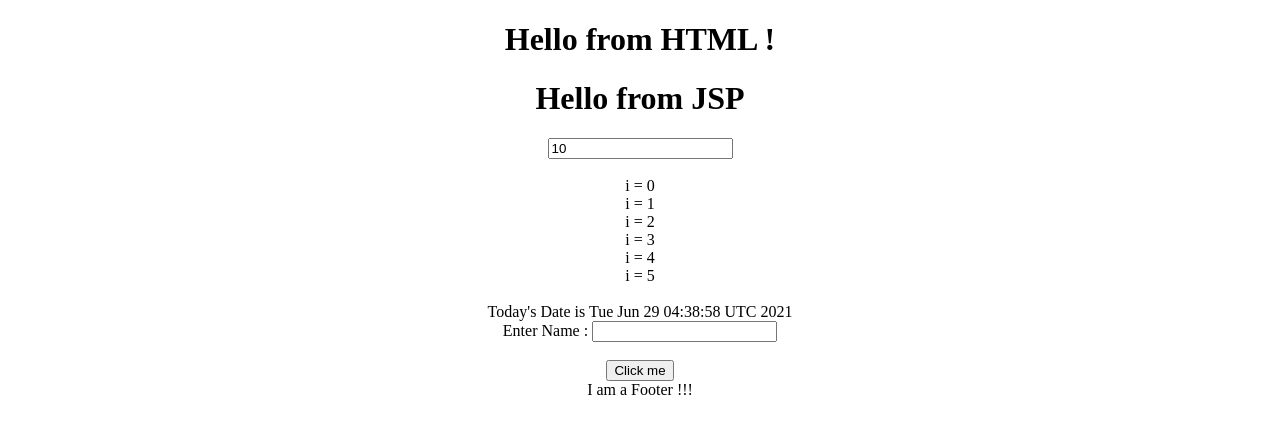
Repository: StarCoder09/JavaWorkspace
Page: http://localhost/JSP_demo/
These files come from the project's save history. The page is drawn as it stood at one moment and after the next save; the edit follows.
The browser window is 1280 px wide. The pictures show the whole page.
The page is served by Tomcat 9. Other server files are loaded and not shown.

Above is the page before, as saved 2021-07-01 05:41:07.

### JSP_demo/src/main/webapp/index.jsp
<%@ page import="java.util.Date" %>
<%@ page language="java" contentType="text/html; charset=ISO-8859-1"
    pageEncoding="ISO-8859-1"%>
<!DOCTYPE html>
<html>
	<head>
		<meta charset="ISO-8859-1">
		<title>JSP Demo</title>
	</head>
	<body>
		<div align="center">
			<h1>Hello from HTML !</h1>
			<%= "<h1>Hello from JSP</h1>" %>

			<%
				int x=10;
			%>
			<input type="text" value="<%= x %>"><br/><br/>

			<%
				for(int i=0;i<=5;i++){
					out.print("i = " + i + "<br/>");
				}
			%>
			<br/>
			Today's Date is <%= new Date() %>
			<%--JSP Implicit Objects
				out - JspWriter
				application - ServletContext
				config - ServletConfig
				page - Object
				pageContext - PageContext
				Exception - Throwable
				request - HttpServletRequest
				response - HttpServletResponse

			 --%>
			 <br/>
			 <form action="">
			 	Enter Name : <input type="text" name="fname">
			 	<br/><br/>
			 	<input type="submit" value="Click me" name="click">
			 </form>
		</div>
		<%@include file="footer.html" %>
	</body>
</html>

### JSP_demo/src/main/webapp/footer.html
<div align="center">
	I am a Footer !!!<br/><br/>
</div>

After the next save:
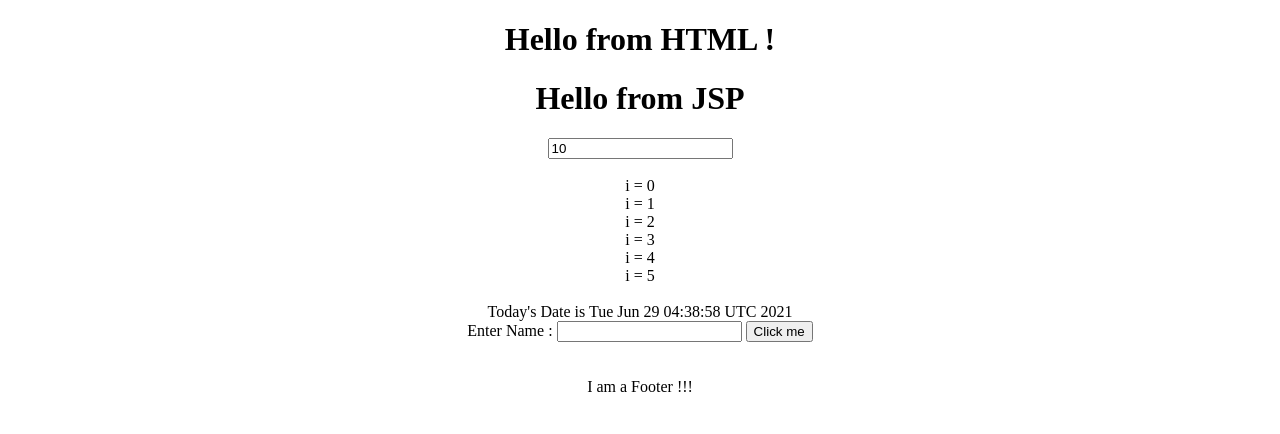
Saved 5 min 21 s later.
--- a/JSP_demo/src/main/webapp/index.jsp
+++ b/JSP_demo/src/main/webapp/index.jsp
@@ -38,9 +38,15 @@
 			 <br/>
 			 <form action="">
 			 	Enter Name : <input type="text" name="fname">
-			 	<br/><br/>
 			 	<input type="submit" value="Click me" name="click">
 			 </form>
+
+			 <br/><br/>
+			 <%
+			 	if(request.getParameter("click") != null) {
+			 		out.print("Hello " + request.getParameter("fname"));
+			 	}
+			 %>
 		</div>
 		<%@include file="footer.html" %>
 	</body>
